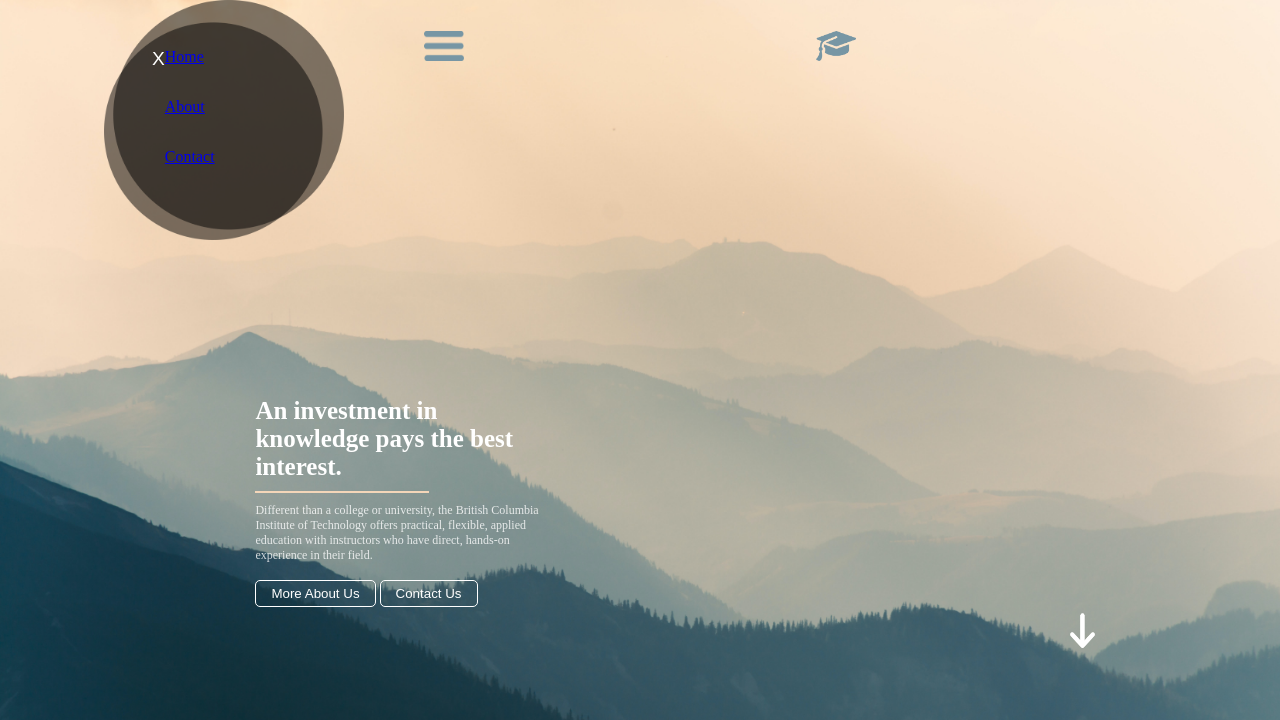
Repository: Sheraliramzan/Aly_A01253508_Assignment1
Page: /
An editor plug-in stored every save of this project. The page is shown before and after the next save, followed by the edit.
The browser window is 1280 px wide. The pictures show the whole page.
The project was rebuilt for these pictures with package versions that can differ from the ones it lists, and the page was loaded fresh each time. The framework's server and built-in components were replaced by stand-ins that run in the browser. Also part of the build but not shown: next.config.js.

Above is the page before, as saved 2023-02-04 17:46:08.

After the next save:
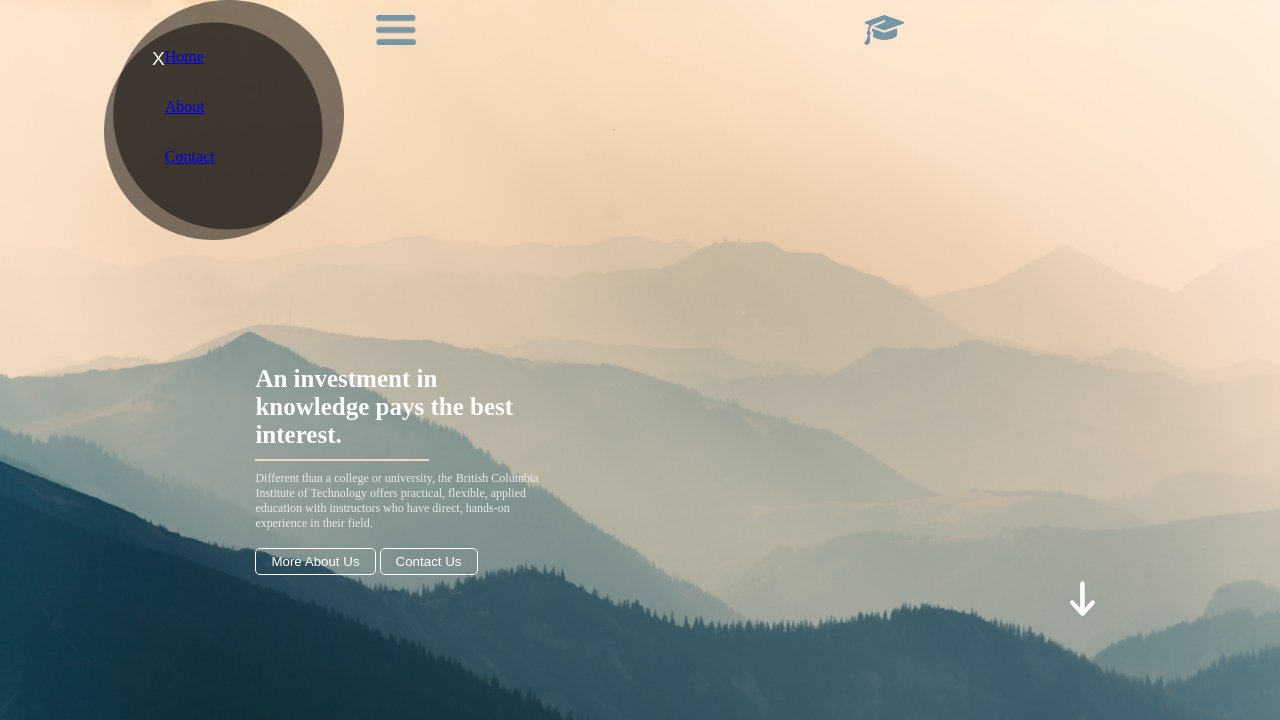
Saved 6 s later.
--- a/styles/globals.css
+++ b/styles/globals.css
@@ -20,7 +20,7 @@ body {
   display: flex;
   align-items: center;
   justify-content: space-between;
-  padding: 1rem 3rem;
+  padding: 1rem -3rem;
 }
 .menucont{
   position: absolute;
